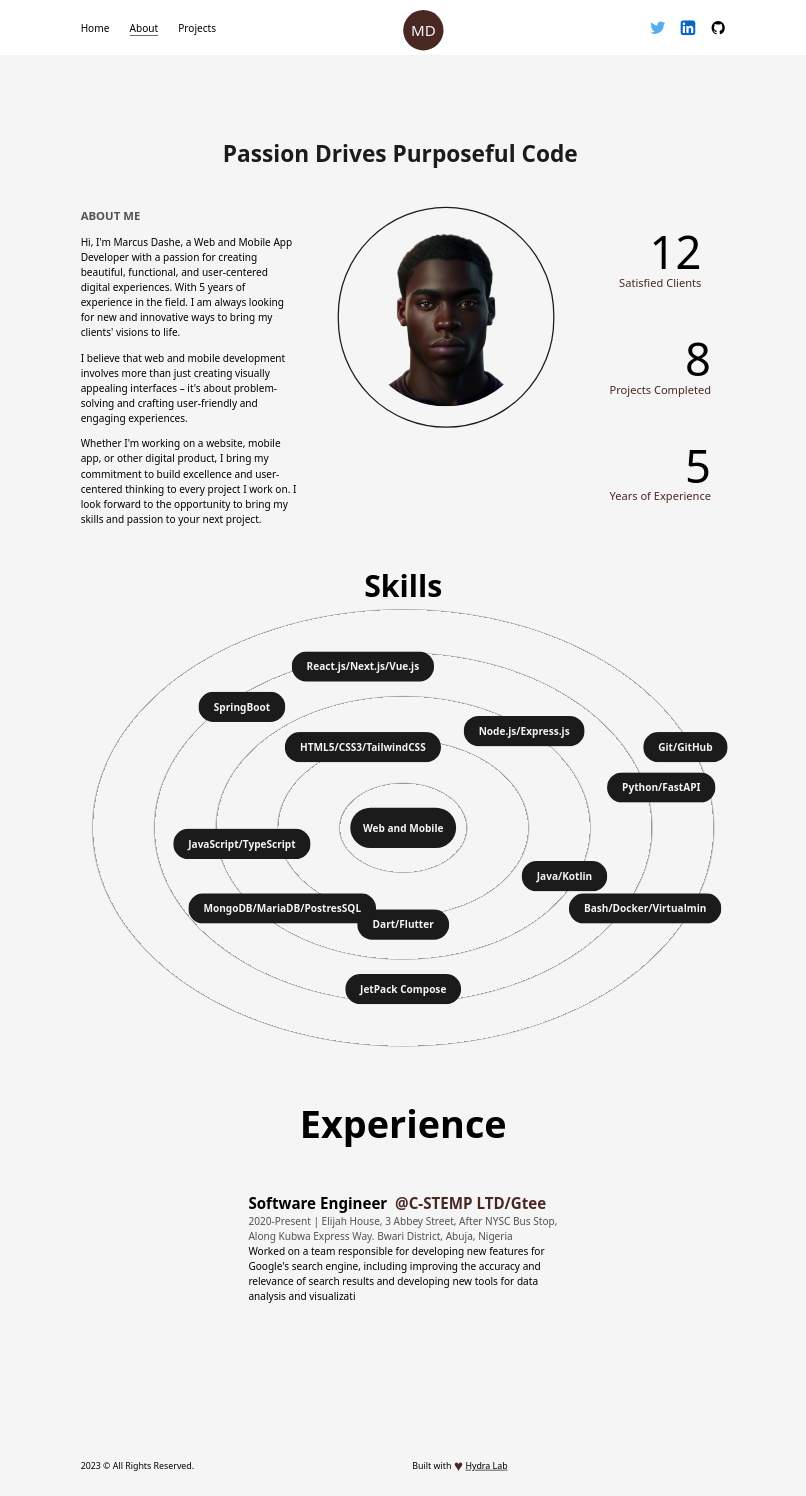
Repository: marcusdashe/situs
Page: /about
The author's editor kept a copy of each file at every save. The page is drawn from the files as they stood at one save, then again after the next save.
The browser window is 1280 px wide. The pictures show the whole page, at 63% of full size.
The project was rebuilt for these pictures with package versions that can differ from the ones it lists, and the page was loaded fresh each time. The framework's server and built-in components were replaced by stand-ins that run in the browser.

Above is the page before, as saved 2023-07-23 13:41:17.

### src/pages/_app.js
import Footer from "@/components/Footer";
import Navbar from "@/components/Navbar";
import "@/styles/globals.css";
import Head from "next/head";
// import { IBM_Plex_Sans } from "next/font/google";

// const ibm = IBM_Plex_Sans({
//   subsets: ["latin"],
//   variable: "--font-mont",
// });

export default function App({ Component, pageProps }) {
  return (
    <>
      <Head>
        <meta name="viewport" content="width=device-width, initial-scale=1" />
        <link rel="icon" href="/favicon.ico" />
      </Head>
      <main className={`  bg-light w-full min-h-screen`}>
        <Navbar />
        <Component {...pageProps} />
        <Footer />
      </main>
    </>
  );
}

### src/components/Footer.jsx
import React from "react";
import Layout from "./Layout";
import Link from "next/link";

const Footer = () => {
  return (
    <footer className="w-full border-t-1 border-solid border-primaryDark font-medium text-sm ">
      <Layout className="py-8 flex items-center justify-between">
        <span>{new Date().getFullYear()} &copy; All Rights Reserved.</span>
        <div className="flex items-center">
          Built with{" "}
          <span className="text-primaryDark text-2xl px-1">&hearts;</span>
          <Link href="/" className="underline underline-offset-2">
            Hydra Lab
          </Link>
        </div>
        <Link href="/"></Link>
      </Layout>
    </footer>
  );
};

export default Footer;

### src/components/Navbar.jsx
import React from "react";
import { useRouter } from "next/router";
import Link from "next/link";
import Logo from "./Logo";
import { TwitterIcon, GithubIcon, LinkedInIcon } from "./Icons";
import { motion } from "framer-motion";

const CustomLink = ({ href, title, className = "" }) => {
  const router = useRouter();

  return (
    <Link href={href} className={`${className} relative group`}>
      {title}
      <span
        className={`h-[1px] inline-block bg-dark absolute left-0 -bottom-0.5 group-hover:w-full transition-[width] ease duration-300 ${
          router.asPath === href ? "w-full" : "w-0"
        }`}
      >
        &nbsp;
      </span>
    </Link>
  );
};

const Navbar = () => {
  return (
    <header
      className="w-full px-32 py-8 font-medium
            flex items-center justify-between sticky top-0 z-10 bg-white"
    >
      <nav>
        <CustomLink href="/" title="Home" className="mr-4" />
        <CustomLink href="/about" title="About" className="mx-4" />
        <CustomLink href="/projects" title="Projects" className="mx-4" />
        {/* <CustomLink href="/articles" title="Articles" className="ml-4" /> */}
      </nav>

      <nav className="flex items-center justify-center flex-wrap">
        <motion.a
          href="https://www.twitter.com/marcusdashe"
          target={"_blank"}
          whileHover={{
            y: -2,
          }}
          whileTap={{ scale: 0.9 }}
          className="w-6 mx-3"
        >
          <TwitterIcon className="" />
        </motion.a>
        <motion.a
          href="https://www.linkedin.com/in/marcus-dashe-15a088202"
          target={"_blank"}
          whileHover={{
            y: -2,
          }}
          whileTap={{ scale: 0.9 }}
          className="w-6 mx-3"
        >
          <LinkedInIcon />
        </motion.a>
        <motion.a
          href="https://www.github.com/marcusdashe"
          target={"_blank"}
          whileHover={{
            y: -2,
          }}
          whileTap={{ scale: 0.9 }}
          className="w-6 ml-3"
        >
          <GithubIcon />
        </motion.a>
      </nav>
      <div className="absolute left-[50%] top-2 translate-x-[-50]">
        <Logo />
      </div>
    </header>
  );
};

export default Navbar;

### src/styles/globals.css
@import url("https://fonts.googleapis.com/css2?family=IBM+Plex+Sans:ital,wght@0,100;0,200;0,300;1,100;1,200&family=Inter:wght@300;400;500;600;700;800;900&display=swap");

@tailwind base;
@tailwind components;
@tailwind utilities;

### src/components/AnimatedText.jsx
import React from "react";
import { motion } from "framer-motion";

const quote = {
  initial: {
    opacity: 1,
  },
  animate: {
    opacity: 1,
    transition: {
      delay: 0.5,
      staggerChildren: 0.08,
    },
  },
};

const singleWord = {
  initial: {
    opacity: 0,
    y: 50,
  },
  animate: {
    opacity: 1,
    y: 0,
    transition: {
      duration: 1,
    },
  },
};

const AnimatedText = ({ text, className = "" }) => {
  return (
    <div className="w-full mx-auto py-2 flex items-center justify-center text-center overflow-hidden ">
      <motion.h1
        className={`inline-block w-full text-dark font-bold capitalize text-4xl ${className}`}
        variants={quote}
        initial="initial"
        animate="animate"
      >
        {text.split(" ").map((word, index) => (
          <motion.span
            key={index}
            className="inline-block"
            variants={singleWord}
          >
            {word}&nbsp;
          </motion.span>
        ))}
      </motion.h1>
    </div>
  );
};

export default AnimatedText;

### src/components/Layout.jsx
import React from "react";

const Layout = ({ children, className = "" }) => {
  return (
    <div className={`${className} w-full inline-block z-0 bg-light p-32`}>
      {children}
    </div>
  );
};

export default Layout;

### src/components/Skills.jsx
import React from "react";
import { motion } from "framer-motion";

const Skill = ({ name, x, y }) => {
  return (
    <motion.div
      className="flex items-center justify-center rounded-full font-semibold bg-dark text-light  py-3 px-6 shadow-dark cursor-pointer absolute"
      whileHover={{ scale: 1.05 }}
      initial={{ x: 0, y: 0 }}
      whileInView={{ x: x, y: y }}
      transition={{ duration: 1.5 }}
      viewport={{ once: true }}
    >
      {name}
    </motion.div>
  );
};

const Skills = () => {
  return (
    <>
      <h2 className="font-bold text-5xl mt-[70px] w-full text-center">
        Skills
      </h2>
      <div className="w-full h-screen relative flex items-center justify-center rounded-full bg-circularLight">
        <motion.div
          className="flex items-center justify-center rounded-full font-semibold bg-dark text-light  p-5 shadow-dark cursor-pointer"
          whileHover={{ scale: 1.05 }}
        >
          Web and Mobile
        </motion.div>

        <Skill name="HTML5/CSS3/TailwindCSS" x="-5vw" y="-10vw" />
        <Skill name="JavaScript/TypeScript" x="-20vw" y="2vw" />
        <Skill name="Java/Kotlin" x="20vw" y="6vw" />
        <Skill name="Dart/Flutter" x="0vw" y="12vw" />
        <Skill name="SpringBoot" x="-20vw" y="-15vw" />
        <Skill name="Node.js/Express.js" x="15vw" y="-12vw" />
        <Skill name="React.js/Next.js/Vue.js" x="-5vw" y="-20vw" />
        <Skill name="Python/FastAPI" x="32vw" y="-5vw" />
        <Skill name="JetPack Compose" x="0vw" y="20vw" />
        <Skill name="MongoDB/MariaDB/PostresSQL" x="-15vw" y="10vw" />
        <Skill name="Git/GitHub" x="35vw" y="-10vw" />
        <Skill name="Bash/Docker/Virtualmin" x="30vw" y="10vw" />
      </div>
    </>
  );
};

export default Skills;

### src/components/Experience.jsx
import React from "react";

const Details = ({ position, company, companyLink, time, address, work }) => {
  return (
    <li className="my-8 first:mt-0 last:mb-0 w-[60%] mx-auto flex flex-col  items-center justify-between">
      <div>
        <h3 className="capitalize font-bold text-2xl">
          {position}&nbsp;{" "}
          <a
            href={companyLink}
            target="_blank"
            className="text-primaryDark capitalize"
          >
            @{company}
          </a>
        </h3>
        <span className="capitalize font-medium text-dark/75">
          {time} | {address}
        </span>
        <p className="font-medium w-full">{work}</p>
      </div>
    </li>
  );
};

const Experience = () => {
  return (
    <div className="my-20">
      <h2 className="font-bold text-6xl mb-20 w-full text-center">
        {" "}
        Experience
      </h2>
      <div className="w-[80%] mx-auto relative">
        <ul>
          <Details
            position="Software Engineer"
            companyLink="https://www.cstemp.org"
            company="C-STEMP LTD/Gtee"
            time="2020-Present"
            address="Elijah House, 3 Abbey Street, after NYSC Bus Stop, Along Kubwa Express Way. Bwari District, Abuja, Nigeria"
            work="
                      Worked on a team responsible for developing new features for Google's
search engine, including improving the accuracy and relevance of search results and
developing new tools for data analysis and visualizati
                      "
          />
        </ul>
      </div>
    </div>
  );
};

export default Experience;

### src/components/Logo.jsx
"use client";

import React from "react";
import Link from "next/link";
import { motion } from "framer-motion";

const MotionLink = motion(Link);

const Logo = () => {
  return (
    <div className="flex items-center justify-center mt-2">
      <MotionLink
        href="/"
        className="w-16 h-16 bg-primaryDark text-light flex items-center
        justify-center rounded-full text-2xl  hover
      "
        whileHover={{
          scale: 1.5,
          backgroundColor: [
            "#121212",
            "rgba(131,58,180,1)",
            "rgba(253,29,29,1)",
            "rgba(252,176,69,1)",
            "rgba(131,58,180,1)",
            "#121212",
          ],
          transition: {
            duration: 1,
            repeat: Infinity,
          },
        }}
      >
        MD
      </MotionLink>
    </div>
  );
};

export default Logo;

Loaded but not shown: src/pages/about.js (122 lines, source omitted); tailwind.config.js (34 lines, source omitted); src/components/Icons.jsx (474 lines, source omitted)

After the next save:
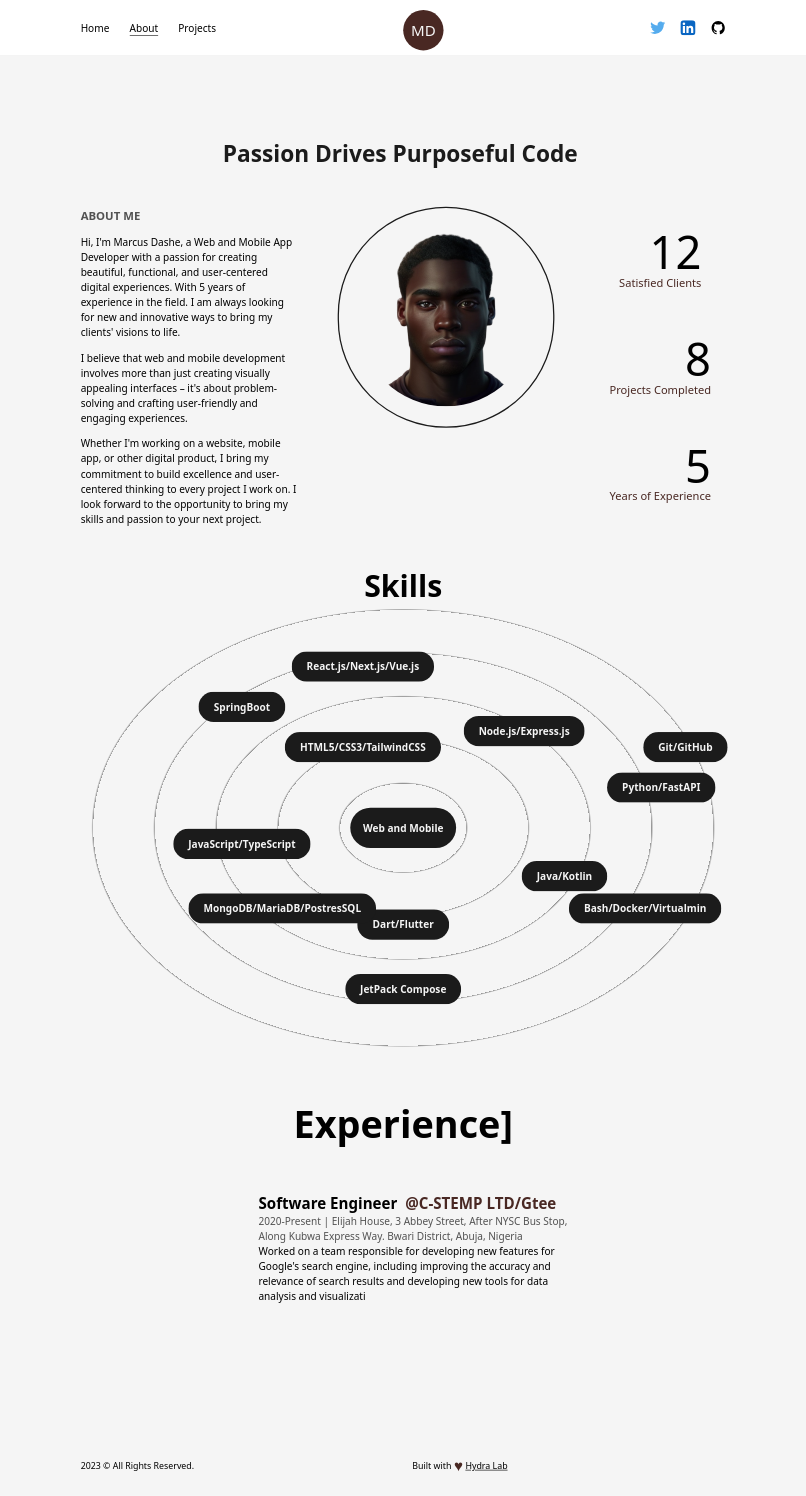
Saved 2 min 40 s later.
--- a/src/components/Experience.jsx
+++ b/src/components/Experience.jsx
@@ -28,10 +28,10 @@ const Experience = () => {
     <div className="my-20">
       <h2 className="font-bold text-6xl mb-20 w-full text-center">
         {" "}
-        Experience
+        Experience]
       </h2>
       <div className="w-[80%] mx-auto relative">
-        <ul>
+        <ul className="w-full flex flex-col items-start justify-between ml-4">
           <Details
             position="Software Engineer"
             companyLink="https://www.cstemp.org"
